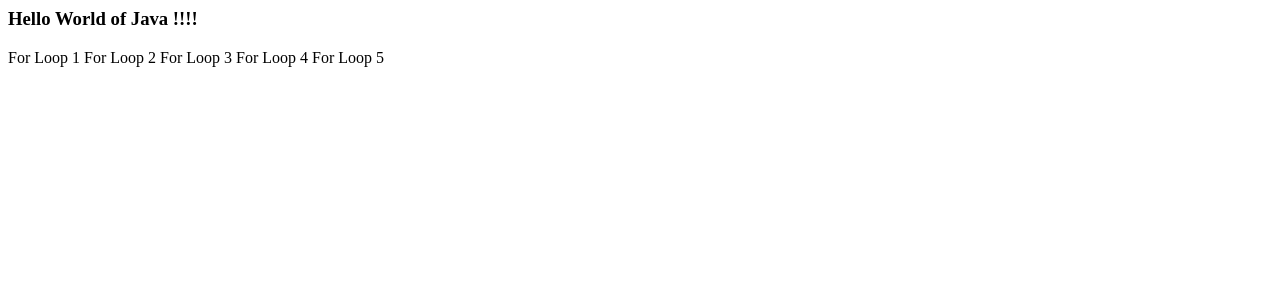
Repository: Aniket2311/Spring-Core-Spring-Boot-And-Hibernet
Page: http://localhost/jspdemo/helloworld.jsp
The author's editor kept a copy of each file at every save. The page is drawn from the files as they stood at one save, then again after the next save.
The browser window is 1280 px wide. The pictures show the whole page.
The page is served by Tomcat 9. Other server files are loaded and not shown.

Above is the page before, as saved 2019-04-08 10:13:42.

### jspdemo/WebContent/helloworld.jsp
<%@page import="java.util.Date"%>
<html>

<body>

<h3>Hello World of Java !!!!</h3>

<%
	int i;
	for(i = 1; i<=5; i++){
		out.println("For Loop " + i);
	}
%>

</body>

</html>

After the next save:
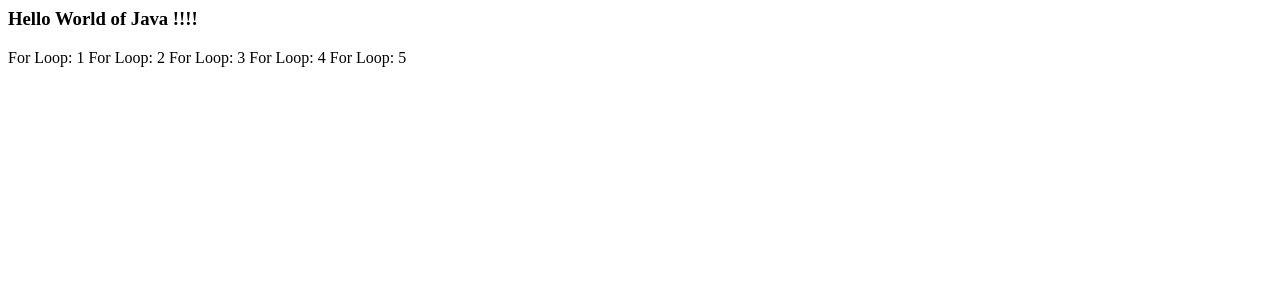
Saved 3 min 20 s later.
--- a/jspdemo/WebContent/helloworld.jsp
+++ b/jspdemo/WebContent/helloworld.jsp
@@ -8,7 +8,7 @@
 <%
 	int i;
 	for(i = 1; i<=5; i++){
-		out.println("For Loop " + i);
+		out.println("For Loop: " + i);
 	}
 %>
 
